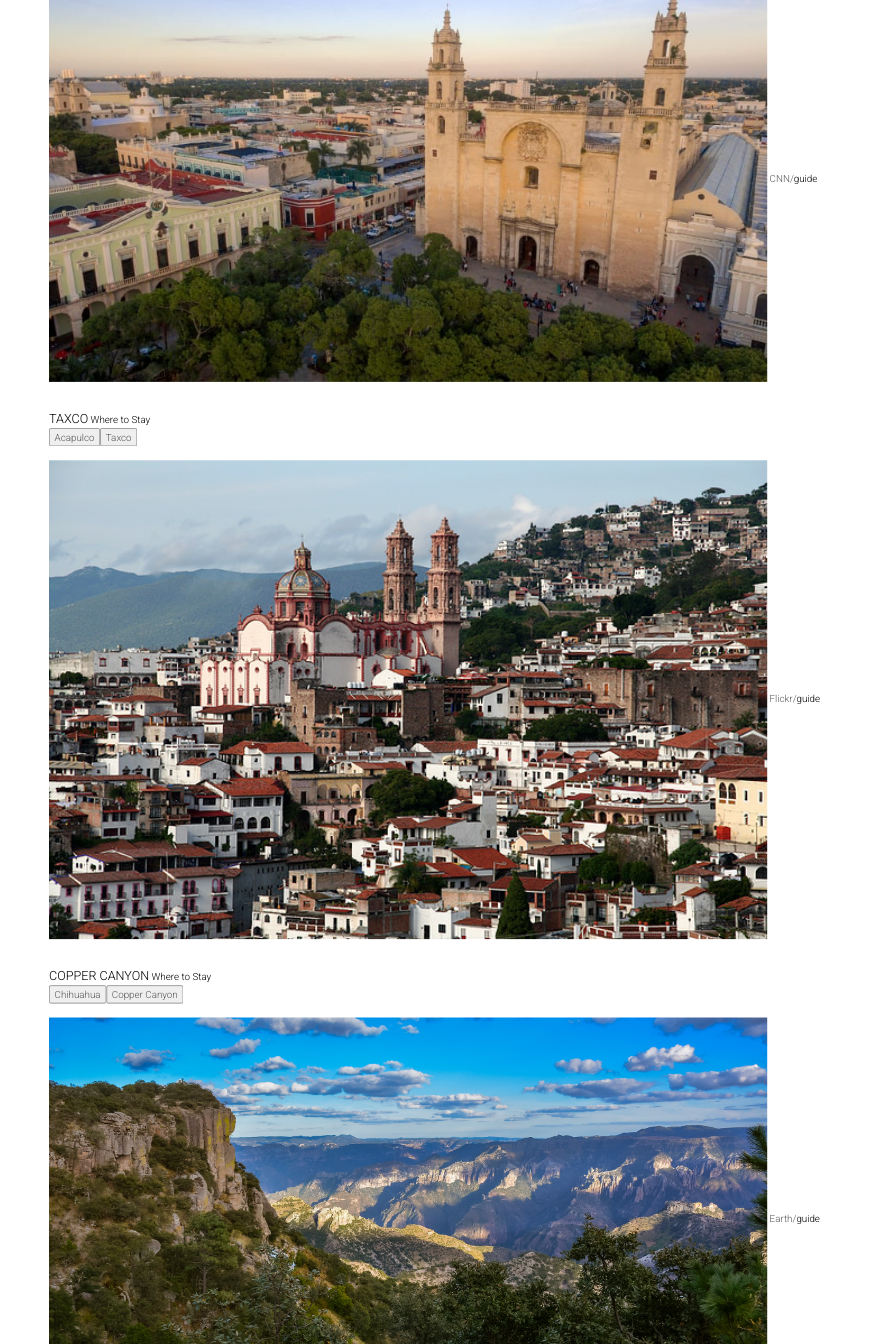
Repository: navegantemx/holiday-destination
Page: destinations.html
The author's editor kept a record of every edit. The page is drawn from the files as they stood at one moment, then again after the next edit.
The browser window is 1280 px wide. The pictures show the part of the page from y = 1051 to 2971 px (the page is 7931 px tall before and 7951 px after), at 70% of full size.
A picture or video elsewhere on the page could not be fetched, so the positions and the page height are approximate. Some web libraries are served in a nearby version.

Above is the page before.

### destinations.html
<!DOCTYPE html>
<html lang="en">
<head>
    <meta charset="UTF-8">
    <meta name="viewport" content="width=device-width, initial-scale=1.0">
    <meta http-equiv="X-UA-Compatible" content="ie=edge">
    <link rel="stylesheet" href="https://maxcdn.bootstrapcdn.com/bootstrap/3.3.7/css/bootstrap.min.css" type="text/css" />
    <link rel="stylesheet" href="https://maxcdn.bootstrapcdn.com/font-awesome/4.7.0/css/font-awesome.min.css" type="text/css" />
    <link rel="stylesheet" href="https://cdnjs.cloudflare.com/ajax/libs/hover.css/2.1.1/css/hover-min.css" type="text/css" />
    <link rel="stylesheet" href="assets/css/style.css" type="text/css" />
    <script src="https://code.jquery.com/jquery-1.11.3.min.js"></script>
    <title>Holiday Destination - Mexico</title>
</head>
<body>
    <header class="container">
        <div class="row">
            <a href="index.html">
                <div class="col-md-4 logo"></div>
            </a>
            <div class="col-md-8">
                <div class="row">
                    <ul id="nav" class="list-inline clearfix">
                        <li class="col-xs-6 col-sm-3 ui-menu-color-home menuitem">
                            <a href="index.html" class="hvr-sweep-to-bottom"><i class="fa fa-home" aria-hidden="true"></i><span>Home</span></a>
                        </li>
                        <li class="col-xs-6 col-sm-3 ui-menu-color-destinations menuitem">
                            <a href="destinations.html" class="hvr-sweep-to-bottom"><i class="fa fa-plane" aria-hidden="true"></i><span>Destinations</span></a>
                        </li>
                        <li class="col-xs-6 col-sm-3 ui-menu-color-charts menuitem">
                            <a href="charts.html" class="hvr-sweep-to-bottom"><i class="fa fa-pie-chart" aria-hidden="true"></i><span>Charts Statistics</span></a>
                        </li>
                        <li class="col-xs-6 col-sm-3 ui-menu-color-contact menuitem">
                            <a href="contact.html" class="hvr-sweep-to-bottom"><i class="fa fa-commenting-o" aria-hidden="true"></i><span>Contact</span></a>
                        </li>
                    </ul>
                </div>
            </div>
        </div>
    </header>
    <br>
    <section class="container">
        <div class="row">
            <div class="col-md-12">
                <h3 class="section-heading uppercase">10 Best Places to Visit in Mexico</h3>
            </div>
        </div>
    </section>
    <br>

        <!------Design idea taken from https://www.touropia.com/best-places-to-visit-in-mexico/ ------------>

    <section class="container">
        <a href="https://en.wikipedia.org/wiki/Puebla_(city)" target="_blank" class="fancybox iframe">PUEBLA</a>
        <a href="//www.touropia.com/checkin?city=Puebla,Mexico" target="_blank" class="fancybox">Where to Stay</a><br>
        <button id="pueblaButton">Cholula</button><span><button id="cholulaButton">Puebla</button></span><br><br>
        <div class="image_640">
            <!--url("../images/mexico.jpg")-->
            <img id="pueblaImage" src= assets/images/puebla_puebla_01.jpg width="90%"><br>
            <span class="photo-credit">By<a href="https://www.kayak.com/Puebla-City.17433.guide" target="_blank">Kayak</a></span>
        </div>
        <br><br>

        <a href="https://en.wikipedia.org/wiki/M%C3%A9rida,_Yucat%C3%A1n" target="_blank" class="fancybox iframe">MERIDA</a>
        <a href="//www.touropia.com/checkin?city=Merida,Mexico" target="_blank" class="fancybox">Where to Stay</a><br>
        <button id="meridaButton">Progreso</button><span><button id="progresoButton">Merida</button></span><br><br>
        <div class="image_640">
            <img id="meridaImage" src= assets/images/yucatan_merida_01.jpg width="90%">
            <span class="photo-credit">CNN/<a href="https://www.cnn.com/travel/article/things-to-do-merida-mexico/index.html" target="_blank">guide</a></span>
        </div>
        <br><br>

        <a href="https://en.wikipedia.org/wiki/Taxco" target="_blank" class="fancybox iframe">TAXCO</a>
        <a href="//www.touropia.com/checkin?city=Taxco,Mexico" target="_blank" class="fancybox">Where to Stay</a><br>
        <button id="taxcoButton">Acapulco</button><span><button id="acapulcoButton">Taxco</button></span><br><br>
        <div class="image_640">
            <img id="taxcoImage" src= assets/images/gro_taxco_01.jpg width="90%">
            <span class="photo-credit">Flickr/<a href="https://www.flickr.com/photos/david-bank/4172340439" target="_blank">guide</a></span>
        </div>
        <br><br>

        <a href="https://en.wikipedia.org/wiki/Copper_Canyon" target="_blank" class="fancybox iframe">COPPER CANYON</a>
        <a href="//www.touropia.com/checkin?city=Chihuahua,Mexico" target="_blank" class="fancybox">Where to Stay</a><br>
        <button id="coppercanyonButton">Chihuahua</button><span><button id="chihuahuaButton">Copper Canyon</button></span><br><br>
        <div class="image_640">
            <img id="coppercanyonImage" src= assets/images/chihuahua_coppercanyon_01.jpg width="90%">
            <span class="photo-credit">Earth/<a href="https://www.earth.com/news/raramuri-people-copper-canyon" target="_blank">guide</a></span>
        </div>
        <br><br>

        <a href="https://en.wikipedia.org/wiki/Guanajuato_City" target="_blank" class="fancybox iframe">GUANAJUATO</a>
        <a href="//www.touropia.com/checkin?city=Guanajuato,Mexico" target="_blank" class="fancybox">Where to Stay</a><br>
        <button id="guanajuatoButton">Leon</button><span><button id="leonButton">Guanajuato</button></span><br><br>
        <div class="image_640">
            <img id="guanajuatoImage" src= assets/images/guanajuato_gto_01.jpg width="90%">
            <span class="photo-credit">Britannica/<a href="https://www.britannica.com/place/Guanajuato-Mexico" target="_blank">guide</a></span>
        </div>
        <br><br>

        <a href="https://en.wikipedia.org/wiki/Oaxaca_City" target="_blank" class="fancybox iframe">OAXACA</a>
        <a href="//www.touropia.com/checkin?city=Oaxaca,Mexico" target="_blank" class="fancybox">Where to Stay</a><br>
        <button id="oaxacaButton">Huatulco</button><span><button id="huatulcoButton">Oaxaca</button></span><br><br>
        <div class="image_640">
            <img id="oaxacaImage" src= assets/images/oaxaca_oaxaca_01.jpg width="90%">
            <span class="photo-credit">Wall/<a href="https://wall.alphacoders.com/big.php?i=946712" target="_blank">guide</a></span>
        </div>
        <br><br>

        <a href="https://en.wikipedia.org/wiki/Mexico_City" target="_blank" class="fancybox iframe">MEXICO CITY</a>
        <a href="//www.touropia.com/checkin?city=Mexico City,Mexico" target="_blank" class="fancybox">Where to Stay</a><br>
        <button id="mxcityButton">Coyoacan</button><span><button id="coyoacanButton">Mexico City</button></span><br><br>
        <div class="image_640">
            <img id="mxcityImage" src= assets/images/mexico_mexico_01.jpg width="90%">
            <span class="photo-credit">Temblor/<a href="https://temblor.net/earthquake-insights/spasm-of-temblors-tests-earthquake-early-warning-for-mexico-city-and-beyond-6410/" target="_blank">guide</a></span>
        </div>
        <br><br>

        <a href="https://en.wikipedia.org/wiki/Teotihuacan" target="_blank" class="fancybox iframe">TEOTIHUACAN</a>
        <a href="//www.touropia.com/checkin?city=San Juan Teotihuacan,Mexico" target="_blank" class="fancybox">Where to Stay</a><br>
        <button id="teotihuacanButton">San Juan</button><span><button id="sanjuanButton">Teotihuacan</button></span><br><br>
        <div class="image_640">
            <img id="teotihuacanImage" src= assets/images/mexico_teotihuacan_01.jpg width="90%">
            <span class="photo-credit">Wikipedia/<a href="https://en.wikipedia.org/wiki/Teotihuac%C3%A1n_Municipality" target="_blank">guide</a></span>
        </div>
        <br><br>

        <a href="https://en.wikipedia.org/wiki/Canc%C3%BAn" target="_blank" class="fancybox iframe">CANCUN</a>
        <a href="//www.touropia.com/checkin?city=Cancun,Mexico" target="_blank" class="fancybox">Where to Stay</a><br>
        <button id="cancunButton">Cozumel</button><span><button id="cozumelButton">Cancun</button></span><br><br>
        <div class="image_640">
            <img id="cancunImage" src= assets/images/quintana_cancun_01.jpg width="90%">
            <span class="photo-credit">iStock</a></span>
        </div>
        <br><br>

        <a href="https://en.wikipedia.org/wiki/Chichen_Itza" target="_blank" class="fancybox iframe">CHICHEN ITZA</a>
        <a href="//www.touropia.com/checkin?city=Chichen Itza,Mexico" target="_blank" class="fancybox">Where to Stay</a><br>
        <button id="chichenButton">Chichen Itza 02</button><span><button id="itzaButton">Chichen Itza</button></span><br><br>
        <div class="image_640">
            <img id="chichenImage" src= assets/images/chichen_itza_01.jpg width="90%">
            <span class="photo-credit">Onthego/<a href="https://www.onthegotours.com/blog/2013/02/exploring-chichen-itza-mexico" target="_blank">guide</a></span>
        </div>
        <br><br>
    </section>
    <footer class="container">
        <div id="footer-details " class="row ">
            <div class="col-sm-4 ">
                <h5 class="uppercase general-sub ">About</h5>
                <ul>
                    <li><a href="https://www.touropia.com/about/">About Touropia</a></li>
                    <li><a href="https://www.touropia.com/contact/">Contact</a></li>
                </ul>
            </div>
            <div class="col-sm-4 ">
                <h5 class="uppercase general-sub ">Let's get Social</h5>
                <ul class="list-inline social-links ">
                    <li><a target="_blank " href="# "><i class="fa fa-facebook "></i></a></li>
                    <li><a target="_blank " href="# "><i class="fa fa-twitter "></i></a></li>
                    <li><a target="_blank " href="# "><i class="fa fa-linkedin "></i></a></li>
                    <li><a target="_blank " href="# "><i class="fa fa-pinterest "></i></a></li>
                    <li><a target="_blank " href="# "><i class="fa fa-instagram "></i></a></li>
                    <li><a target="_blank " href="# "><i class="fa fa-youtube "></i></a></li>
                </ul>
            </div>
        </div>
    </footer>

    <script src="assets/js/destinations.js"></script>

</body>
</html>

### assets/css/style.css
@import url('https://fonts.googleapis.com/css?family=Roboto:100,200,300,400,500,600,700|Exo:100,200,300,400,500,600,700');

/*--------------------------------------------Colors*/

.bg-color-contact {
    background-color: #ffffff;
}

.bg-color-maps {
    background-color: #f4f4f4;
}

.ui-menu-color-home {
    background-color: #e67e22;
}

.ui-menu-color-destinations {
    background-color: #9b59b6;
}

.ui-menu-color-charts {
    background-color: #06991e;
}

.ui-menu-color-contact {
    background-color: #3498db;
}

body {
    font-family: Roboto, sans-serif;
    font-weight: 300;
    background-color: #FFFFFF;
    color: #555555;
}

/*--------------------------------------------Special Paddings/Margins/Text*/

.section-heading {
    text-align: center;
}


h1,
h2,
h3,
h4 {
    margin: 0;
}

.uppercase {
    text-transform: uppercase;
}

.general-sub {
    font-family: "Exo", sans-serif;
    font-weight: 300;
    color: #fafafa;
    margin-left: 60px;

}

/*--------------------------------------------Heading*/

header {
    margin: 0;
}

.heading {
    margin-left: 50px;
}

.row {
    margin-right: -15px;
    margin-left: -15px;
    margin-top: 5px;
}

.logo {
    background: url("../images/mexico.jpg");
    background-position: center;
    background-repeat: no-repeat;
    background-size: cover;
    min-height: 125px;
    transition: all .5s ease-in-out;
    -moz-transition: all .5s ease-in-out;
    -webkit-transition: all .5s ease-in-out;
}

.title {
    font-family: "Roboto", sans-serif;
    font-weight: 200;
    font-size: 28px;
    margin-top: 20px;
    margin-bottom: 90px;
    color: #ffffff;
}

#nav {
    margin: 0;
}

#nav li {
    padding: 0;
}

.menuitem {
    height: 120px;
    text-align: center;
    padding: 0;
}

.menuitem a {
    width: 100%;
    text-decoration: none;
    color: #ffffff;
    height: 120px;
}


.menuitem a i {
    padding-top: 22px;
    display: block;
    color: #fafafa;
    font-size: 26px;
}

.menuitem span {
    display: block;
    width: 100%;
    padding-top: 5px;
    text-align: center;
    text-transform: uppercase;
    font-size: 14px;
    font-weight: 300;
    letter-spacing: 2px;
}


.iframe {
    font-family: "Roboto", sans-serif;
    font-weight: 350;
    font-size: 18px;
    margin-top: 20px;
    margin-bottom: 90px;
    color: #000000;
}


/*--------------------------------------------Hover.css*/

.hvr-sweep-to-bottom:before {
    background: rgba(0, 0, 0, 0.2);
    height: 120px;
}


/*--------------------------------------------Footer*/

footer {
    background-color: #a728e0;
    color: #fafafa;
    min-height: 100px;
    margin: 0;
}

.social-links {
    padding-bottom: 15px;
}

.social-links li a i {
    width: 32px;
    height: 32px;
    padding: 12px 0;
    border-radius: 50%;
    font-size: 13px;
    line-height: 7px;
    text-align: center;
    color: #fafafa;
    background: #8f8f8f;
    transition: all 0.35s ease-in-out;
    -moz-transition: all 0.35s ease-in-out;
    -webkit-transition: all 0.35s ease-in-out;
    -o-transition: all 0.35s ease-in-out;
}

.social-links li a i:hover {
    background: #e84610;
}

a {
    color: #000000;
    text-decoration: none;
}

#footer-details {
    margin: 20px;
}

/*--------------------------------------------Contact*/

.contact-heading {
    font-family: "Exo", sans-serif;
    font-weight: 300;
    margin-top: 25px;
    margin-bottom: 20px;
}


.center-form {
    padding-top: 10px;
    margin: 0 auto;
    max-width: 70%;
}

button[type="submit"] {
    margin-top: 15px;
    margin-bottom: 20px;
    background-color: #e84610;
    color: #fafafa;
}

/*--------------------------------------------Map*/

#map {
    height: 500px;
}

/*--------------------------------------------Media Queries*/

@media(min-width: 992px) {
    .section-column {
        float: none;
        display: table-cell;
    }

    .center-form {
        padding-top: 30px;
        min-height: 240px;
        margin: 0 auto;
        max-width: 50%;
    }
}

### assets/js/destinations.js

$(document).ready(function() {
    $("#pueblaButton").click(function() {
        $("#pueblaImage").attr("src", "assets/images/puebla_cholula_01.jpg");
    });

    $("#cholulaButton").click(function() {
        $("#pueblaImage").attr("src", "assets/images/puebla_puebla_01.jpg");
    });

    $("#meridaButton").click(function() {
        $("#meridaImage").attr("src", "assets/images/yucatan_progreso_01.jpg");
    });

    $("#progresoButton").click(function() {
        $("#meridaImage").attr("src", "assets/images/yucatan_merida_01.jpg");
    });

    $("#taxcoButton").click(function() {
        $("#taxcoImage").attr("src", "assets/images/gro_acapulco_01.jpg");
    });

    $("#acapulcoButton").click(function() {
        $("#taxcoImage").attr("src", "assets/images/gro_taxco_01.jpg");
    });

    $("#coppercanyonButton").click(function() {
        $("#coppercanyonImage").attr("src", "assets/images/chihuahua_chihuahua_01.jpg");
    });

    $("#chihuahuaButton").click(function() {
        $("#coppercanyonImage").attr("src", "assets/images/chihuahua_coppercanyon_01.jpg");
    });

    $("#guanajuatoButton").click(function() {
        $("#guanajuatoImage").attr("src", "assets/images/guanajuato_leon_01.jpg");
    });

    $("#leonButton").click(function() {
        $("#guanajuatoImage").attr("src", "assets/images/guanajuato_gto_01.jpg");
    });

    $("#oaxacaButton").click(function() {
        $("#oaxacaImage").attr("src", "assets/images/oaxaca_huatulco_01.jpg");
    });

    $("#huatulcoButton").click(function() {
        $("#oaxacaImage").attr("src", "assets/images/oaxaca_oaxaca_01.jpg");
    });

    $("#mxcityButton").click(function() {
        $("#mxcityImage").attr("src", "assets/images/mexico_coyoacan_01.jpg");
    });

    $("#coyoacanButton").click(function() {
        $("#mxcityImage").attr("src", "assets/images/mexico_mexico_01.jpg");
    });

    $("#teotihuacanButton").click(function() {
        $("#teotihuacanImage").attr("src", "assets/images/mexico_sanjuan_01.jpg");
    });

    $("#sanjuanButton").click(function() {
        $("#teotihuacanImage").attr("src", "assets/images/mexico_teotihuacan_01.jpg");
    });

    $("#cancunButton").click(function() {
        $("#cancunImage").attr("src", "assets/images/quintana_cozumel_01.jpg");
    });

    $("#cozumelButton").click(function() {
        $("#cancunImage").attr("src", "assets/images/quintana_cancun_01.jpg");
    });

    $("#chichenButton").click(function() {
        $("#chichenImage").attr("src", "assets/images/chichen_itza_02.jpg");
    });

    $("#itzaButton").click(function() {
        $("#chichenImage").attr("src", "assets/images/chichen_itza_01.jpg");
    });
});

After the next edit:
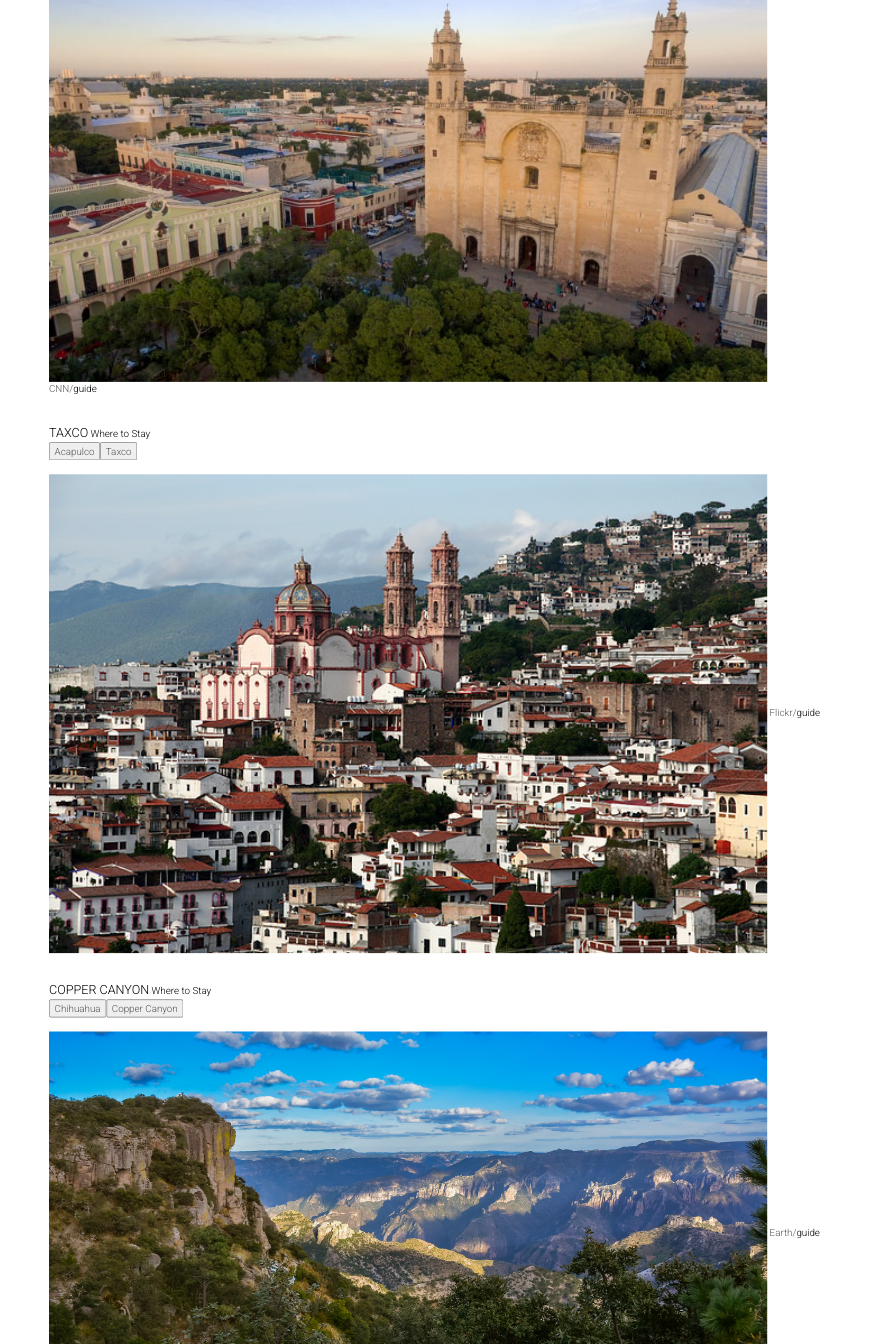
The edit:
--- a/destinations.html
+++ b/destinations.html
@@ -64,7 +64,7 @@
         <a href="//www.touropia.com/checkin?city=Merida,Mexico" target="_blank" class="fancybox">Where to Stay</a><br>
         <button id="meridaButton">Progreso</button><span><button id="progresoButton">Merida</button></span><br><br>
         <div class="image_640">
-            <img id="meridaImage" src= assets/images/yucatan_merida_01.jpg width="90%">
+            <img id="meridaImage" src= assets/images/yucatan_merida_01.jpg width="90%"><br>
             <span class="photo-credit">CNN/<a href="https://www.cnn.com/travel/article/things-to-do-merida-mexico/index.html" target="_blank">guide</a></span>
         </div>
         <br><br>
